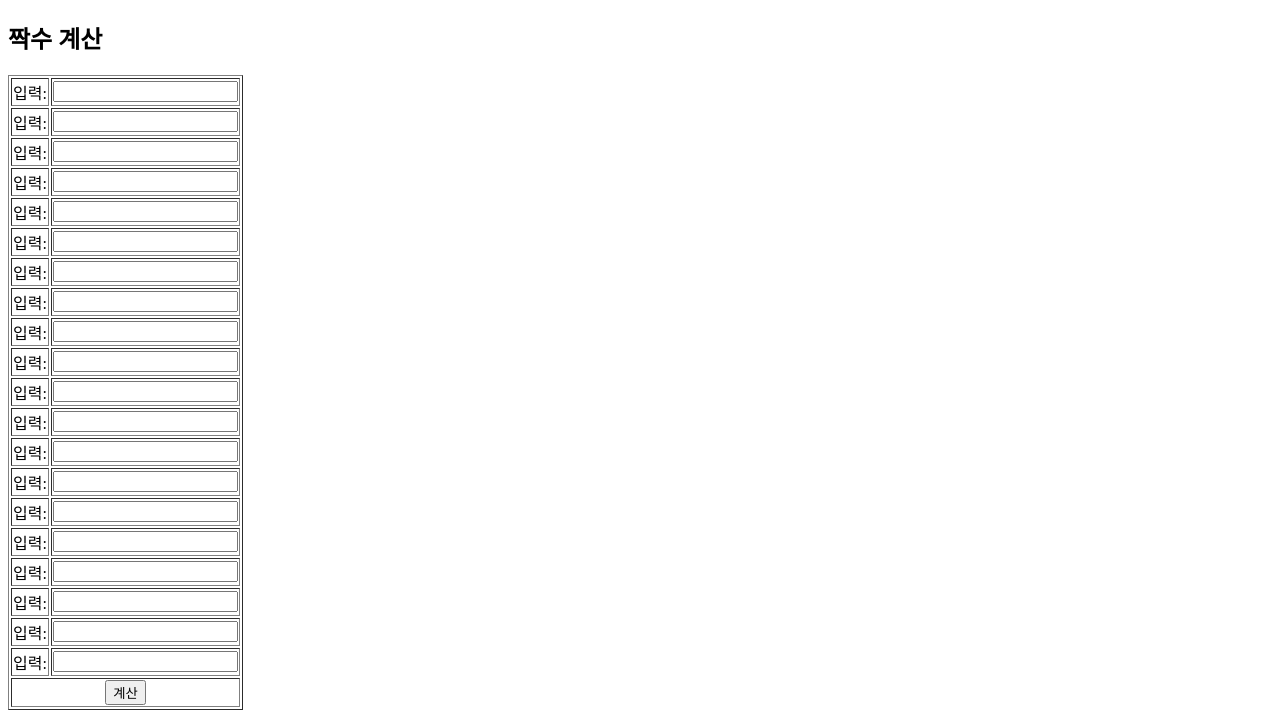
Repository: pshho/newJspProject
Page: http://localhost/JspProj/calc/calc.jsp
These files come from the project's save history. The page is drawn as it stood at one moment and after the next save; the edit follows.
The browser window is 1280 px wide. The pictures show the whole page.
The page is served by Tomcat 9. Other server files are loaded and not shown.

Above is the page before, as saved 2023-07-27 06:51:28.

### JspProj/src/main/webapp/calc/calc.jsp
<%@ page language="java" contentType="text/html; charset=UTF-8"
    pageEncoding="UTF-8"%>
<%@ taglib uri="http://java.sun.com/jsp/jstl/core" prefix="c" %>
<!DOCTYPE html>
<html>
<head>
<meta charset="UTF-8">
<title>짝수</title>
</head>
<body>
	<h2>짝수 계산</h2>
	<%-- <form action="./calcProcess.jsp" method="post">
		<c:forEach begin="1" end="20">	<!-- for문으로 입력받을 개수 지정 -->
			<input type="text" name="calc"/><br/>
		</c:forEach>
		<br/>
		<input type="submit" value="제출" />
	</form> --%>

	<form action="./calcProcess.jsp" method="post">
		<table border="">
			<%
				for(int i=0; i<20; i++){
			%>
			<tr>
				<td>입력: </td>
				<td><input type="text" name="no" /></td>
			</tr>
			<%
				}
			%>
			<tr>
				<td colspan="2" align="center">
					<input type="submit" value="계산" />
				</td>
			</tr>
		</table>
	</form>
</body>
</html>

After the next save:
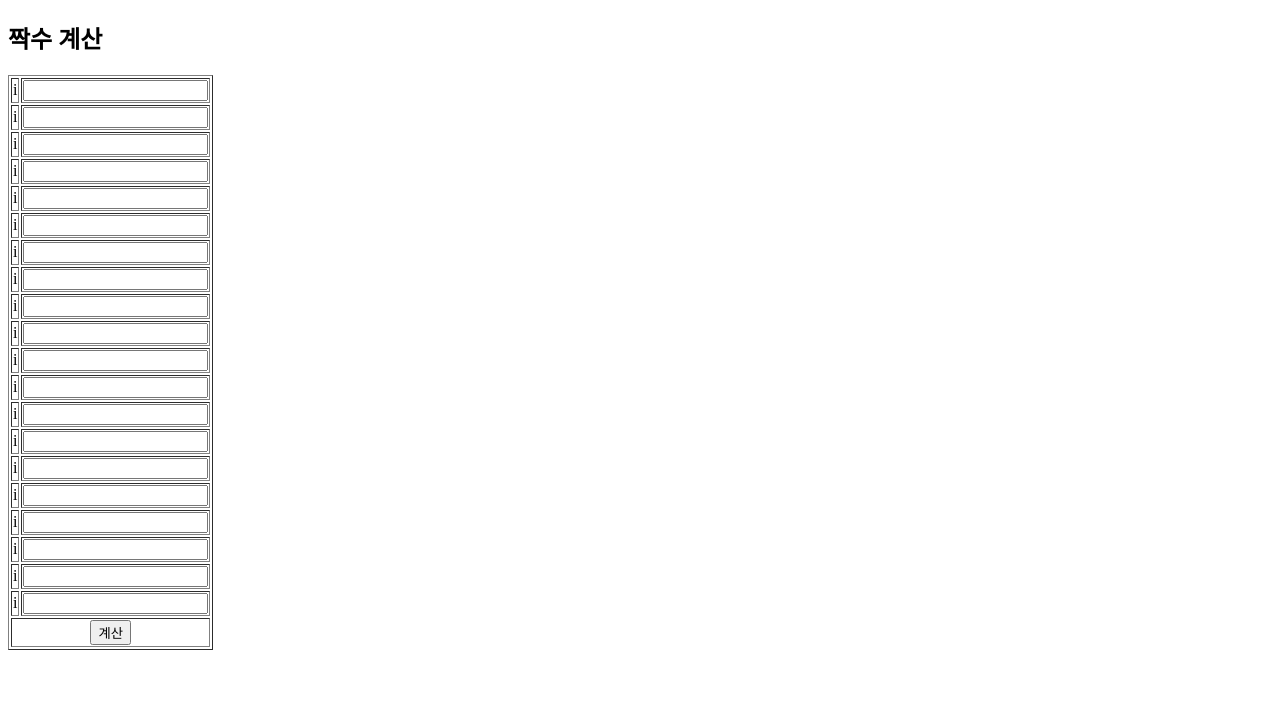
Saved 13 s later.
--- a/JspProj/src/main/webapp/calc/calc.jsp
+++ b/JspProj/src/main/webapp/calc/calc.jsp
@@ -23,7 +23,7 @@
 				for(int i=0; i<20; i++){
 			%>
 			<tr>
-				<td>입력: </td>
+				<td>i</td>
 				<td><input type="text" name="no" /></td>
 			</tr>
 			<%
